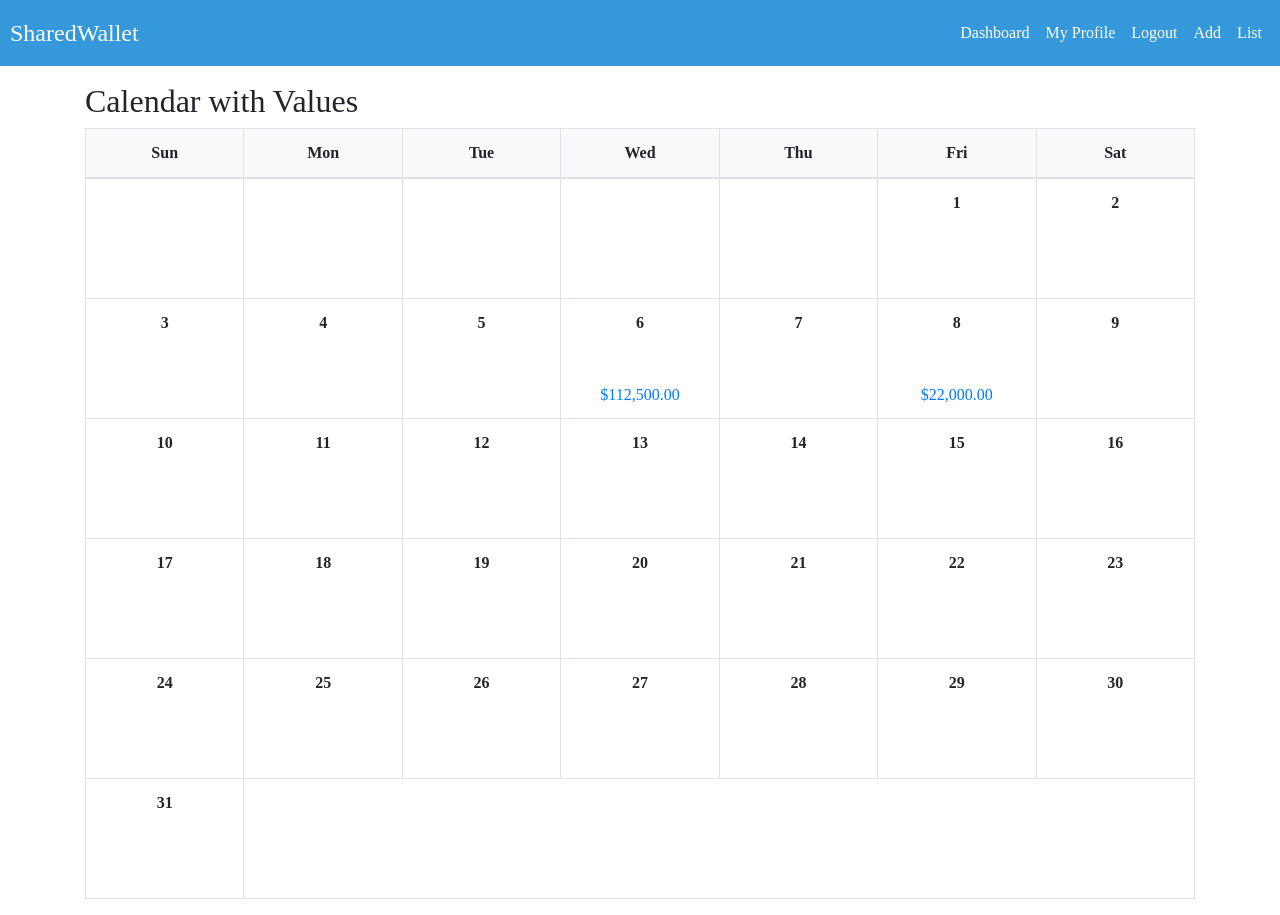
Repository: YoonHakyoung/SharedWallet
Page: http://localhost/Final_Exam/WEB-INF/views/asset/calender.jsp
These files come from the project's save history. The page is drawn as it stood at one moment and after the next save; the edit follows.
The browser window is 1280 px wide. The pictures show the whole page.
Some web fonts or font styles are not loaded; a fallback is used. The page is served by Tomcat 9. Nobody is signed in. Other server files are loaded and not shown. The template is opened directly, without the code that normally fills it, so the values that code supplies are empty.

Above is the page before, as saved 2023-12-10 07:27:25.

### Spring/Project/Final Exam/src/main/webapp/WEB-INF/views/asset/calender.jsp
<%@ page language="java" contentType="text/html; charset=UTF-8" pageEncoding="UTF-8"%>
<%@ taglib uri="http://java.sun.com/jsp/jstl/core" prefix="c" %>
<%@ taglib uri="http://java.sun.com/jsp/jstl/functions" prefix="fn" %>
<%@ taglib uri="http://java.sun.com/jsp/jstl/fmt" prefix="fmt" %>
<%@ page import="java.util.*" %>
<%@ page import="java.text.NumberFormat" %>

<!DOCTYPE html>
<html lang="en">
<head>
    <meta charset="UTF-8">
    <meta name="viewport" content="width=device-width, initial-scale=1, shrink-to-fit=no">
    <title>Calendar with Values</title>
    <!-- 부트스트랩 CSS -->
    <link rel="stylesheet" href="https://stackpath.bootstrapcdn.com/bootstrap/4.3.1/css/bootstrap.min.css">
    <style>
        @font-face {
            font-family: 'SUITE-Regular';
            src: url('https://cdn.jsdelivr.net/gh/projectnoonnu/noonfonts_2304-2@1.0/SUITE-Regular.woff2') format('woff2');
            font-weight: 700;
            font-style: normal;
        }
        body{
        	font-family: 'SUITE-Regular';
        }

        table {
            border-collapse: collapse;
            width: 100%;
            margin-bottom: 20px; /* 테이블 아래 여백 추가 */
        }

        th, td {
            border: 1px solid #dddddd;
            padding: 8px;
            text-align: center;
            vertical-align: top;
            width: 14.2857%; /* 날짜 칸에 동일한 가로 길이 부여 */
        }

        th {
            height: 30px;
            background-color: #f8f9fa;
        }

        td {
            height: 120px;
        }

        .date {
            font-weight: bold;
            margin-bottom: 0px;
        }

        .value {
            color: #007bff;
            bottom: 20px;
            left: 50%;
            transform: translateY(200%);
        }
    </style>
</head>
<body>
<%@ include file="/WEB-INF/views/include/nav.jsp"%>
<%
    // 주어진 Map 데이터
    Map<String, Integer> dataMap = new HashMap<>();
    dataMap.put("2023-12-06", 112500);
    dataMap.put("2023-12-08", 22000);

    // Java 코드를 사용하여 현재 년월을 가져오기
    java.util.Calendar cal = java.util.Calendar.getInstance();
    int year = cal.get(java.util.Calendar.YEAR);
    int month = cal.get(java.util.Calendar.MONTH) + 1; // 월은 0부터 시작하므로 1을 더함

    // 현재 월의 첫째 날의 요일과 마지막 날짜를 계산
    cal.set(year, month - 1, 1);
    int firstDayOfWeek = cal.get(java.util.Calendar.DAY_OF_WEEK);
    int lastDay = cal.getActualMaximum(java.util.Calendar.DAY_OF_MONTH);

    // 요일 배열
    String[] weekDays = {"Sun", "Mon", "Tue", "Wed", "Thu", "Fri", "Sat"};
%>

<div class="container">
    <h2 class="mt-3">Calendar with Values</h2>

    <table class="table table-bordered">
        <thead>
            <tr>
                <%-- 동적으로 요일 생성 --%>
                <% for (String day : weekDays) { %>
                    <th scope="col" class="text-center"><%= day %></th>
                <% } %>
            </tr>
        </thead>
        <tbody>
            <tr>
                <%-- 날짜 요일 표시 행 --%>
                <% for (int i = 1; i < firstDayOfWeek; i++) { %>
                    <td></td>
                <% } %>
                <%-- 달력 날짜 표시 --%>
                <% for (int day = 1; day <= lastDay; day++) { %>
                    <td>
                        <div class="date">
                            <%= day %>
                        </div>
                        <div class="value">
                            <%
                                String dateString = String.format("%04d-%02d-%02d", year, month, day);
                                Integer value = dataMap.get(dateString);
                                if (value != null) {
                                    int amount = (Integer) value;
                                    NumberFormat currencyFormat = NumberFormat.getCurrencyInstance();
                                    String formattedAmount = currencyFormat.format(amount);
                            %>
                                <%= formattedAmount %>
                            <%
                                }
                            %>
                        </div>
                    </td>
                    <%-- 토요일이면 다음 줄로 이동 --%>
                    <% if ((firstDayOfWeek - 1 + day) % 7 == 0) { %>
                        </tr><tr>
                    <% } %>
                <% } %>
            </tr>
        </tbody>
    </table>
</div>

<!-- 부트스트랩 JavaScript 및 종속성 -->
<script src="https://code.jquery.com/jquery-3.3.1.slim.min.js"></script>
<script src="https://cdnjs.cloudflare.com/ajax/libs/popper.js/1.14.7/umd/popper.min.js"></script>
<script src="https://stackpath.bootstrapcdn.com/bootstrap/4.3.1/js/bootstrap.min.js"></script>

</body>
</html>

### Spring/Project/Final Exam/src/main/webapp/WEB-INF/views/include/nav.jsp
<style>
    /* 네비게이션 바의 선택된 항목에 대한 스타일 */
    .navbar-nav .nav-item.active,
    .navbar-nav .nav-item:hover {
        background-color: #22628D; /* 선택된 항목 또는 마우스를 올렸을 때 배경색을 변경합니다. */
        color: #ffffff; /* 선택된 항목 또는 마우스를 올렸을 때 텍스트 색상을 변경합니다. */
    }
</style>

<nav class="navbar navbar-expand-lg navbar-light" style="background-color: #3498db; color: #ffffff; padding:10px;">
    <a class="navbar-brand" style="color: #ffffff; font-size: 24px;" href="<c:url value='/asset/dashboard'/>">SharedWallet</a>
    <button class="navbar-toggler" type="button" data-toggle="collapse" data-target="#navbarNav" aria-controls="navbarNav" aria-expanded="false" aria-label="Toggle navigation">
        <span class="navbar-toggler-icon" style="color:#ffffff;"></span>
    </button>
    <div class="collapse navbar-collapse" id="navbarNav">
        <ul class="navbar-nav ml-auto">
            <li class="nav-item">
                <a class="nav-link" style="color: #ffffff;" href="<c:url value='/asset/dashboard'/>">Dashboard</a>
            </li>
            <li class="nav-item">
                <a class="nav-link" style="color: #ffffff;" href="<c:url value='/member/profile'/>">My Profile</a>
            </li>
            <li class="nav-item">
                <a class="nav-link" style="color: #ffffff;" href="<c:url value='/'/>">Logout</a>
            </li>
            <li class="nav-item">
                <a class="nav-link" style="color: #ffffff;" href="<c:url value='/asset/addAssetForm'/>">Add</a>
            </li>
            <li class="nav-item">
                <a class="nav-link" style="color: #ffffff;" href="<c:url value='/asset/listAssets'/>">List</a>
            </li>

        </ul>
    </div>
</nav>

After the next save:
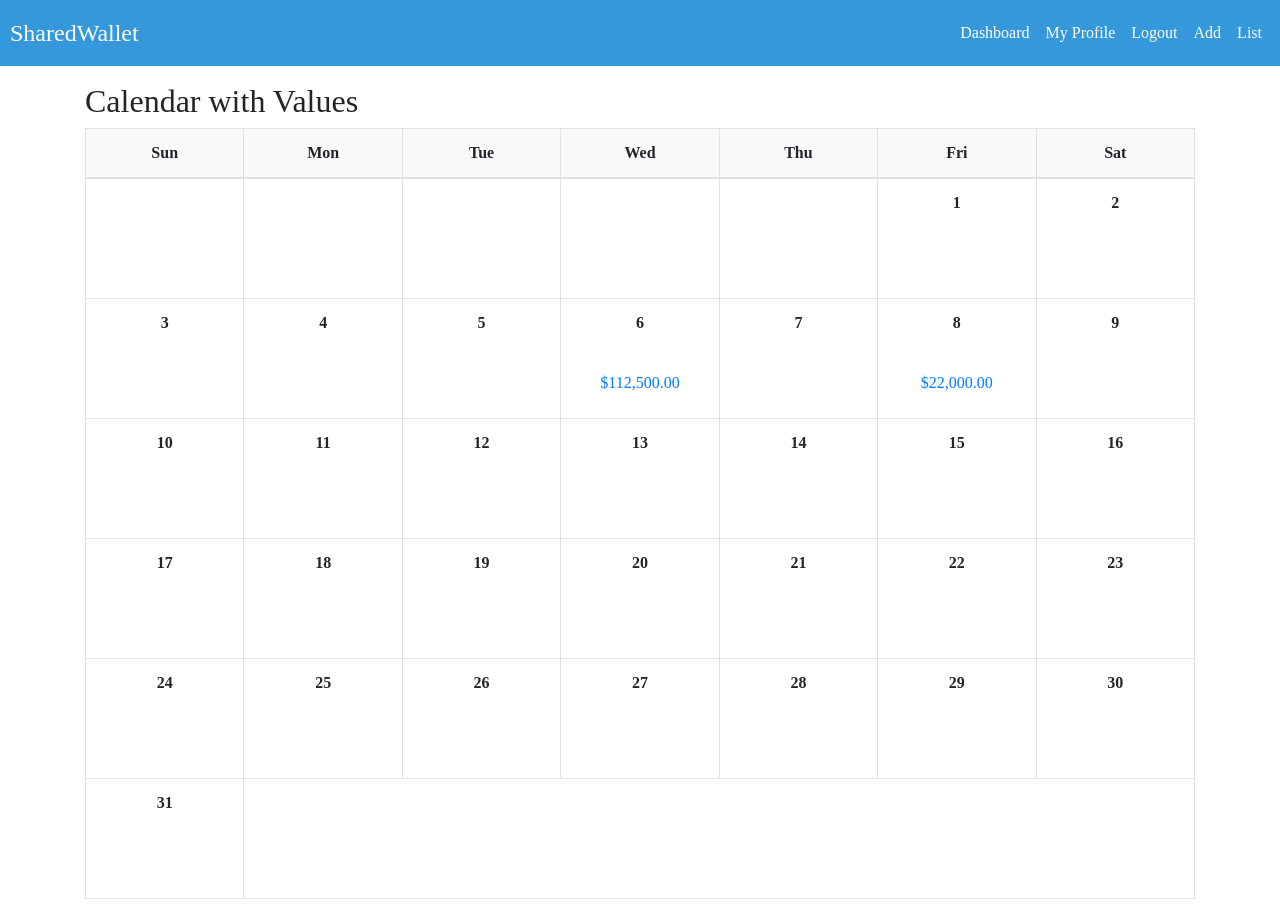
Saved 6 s later.
--- a/Spring/Project/Final Exam/src/main/webapp/WEB-INF/views/asset/calender.jsp
+++ b/Spring/Project/Final Exam/src/main/webapp/WEB-INF/views/asset/calender.jsp
@@ -56,7 +56,7 @@
             color: #007bff;
             bottom: 20px;
             left: 50%;
-            transform: translateY(200%);
+            transform: translateY(150%);
         }
     </style>
 </head>
